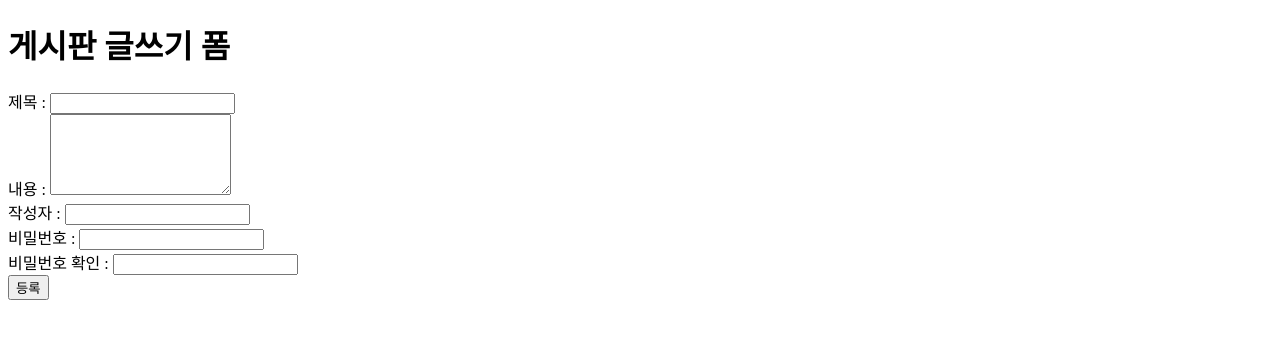
Repository: nsj2204/spring2
Page: http://localhost/ex01/notice/write.do
The author's editor kept a copy of each file at every save. The page is drawn from the files as they stood at one save, then again after the next save.
The browser window is 1280 px wide. The pictures show the whole page.
The page is served by Tomcat 9. Other server files are loaded and not shown.

Above is the page before, as saved 2023-04-06 02:35:03.

### ex01/src/main/webapp/WEB-INF/views/notice/write.jsp
<%@ page language="java" contentType="text/html; charset=UTF-8"
    pageEncoding="UTF-8"%>
<!DOCTYPE html>
<html>
<head>
<meta charset="UTF-8">
<title>Insert title here</title>
</head>
<body>
<h1>게시판 글쓰기 폼</h1>
<form action="write.do" method="post">
제목 : <input name="title"><br/>
내용 : <textarea rows="5" cols="content"></textarea><br/>
작성자 : <input name="writer"><br/>
비밀번호 : <input name="pw"><br/>
비밀번호 확인 : <input><br/>
<button>등록</button>
</form>
</body>
</html>

After the next save:
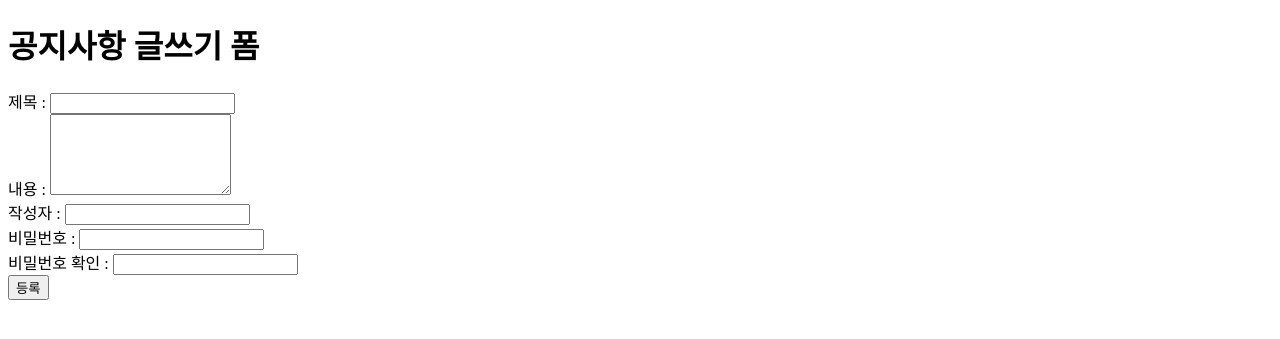
Saved 5 s later.
--- a/ex01/src/main/webapp/WEB-INF/views/notice/write.jsp
+++ b/ex01/src/main/webapp/WEB-INF/views/notice/write.jsp
@@ -7,7 +7,7 @@
 <title>Insert title here</title>
 </head>
 <body>
-<h1>게시판 글쓰기 폼</h1>
+<h1>공지사항 글쓰기 폼</h1>
 <form action="write.do" method="post">
 제목 : <input name="title"><br/>
 내용 : <textarea rows="5" cols="content"></textarea><br/>
